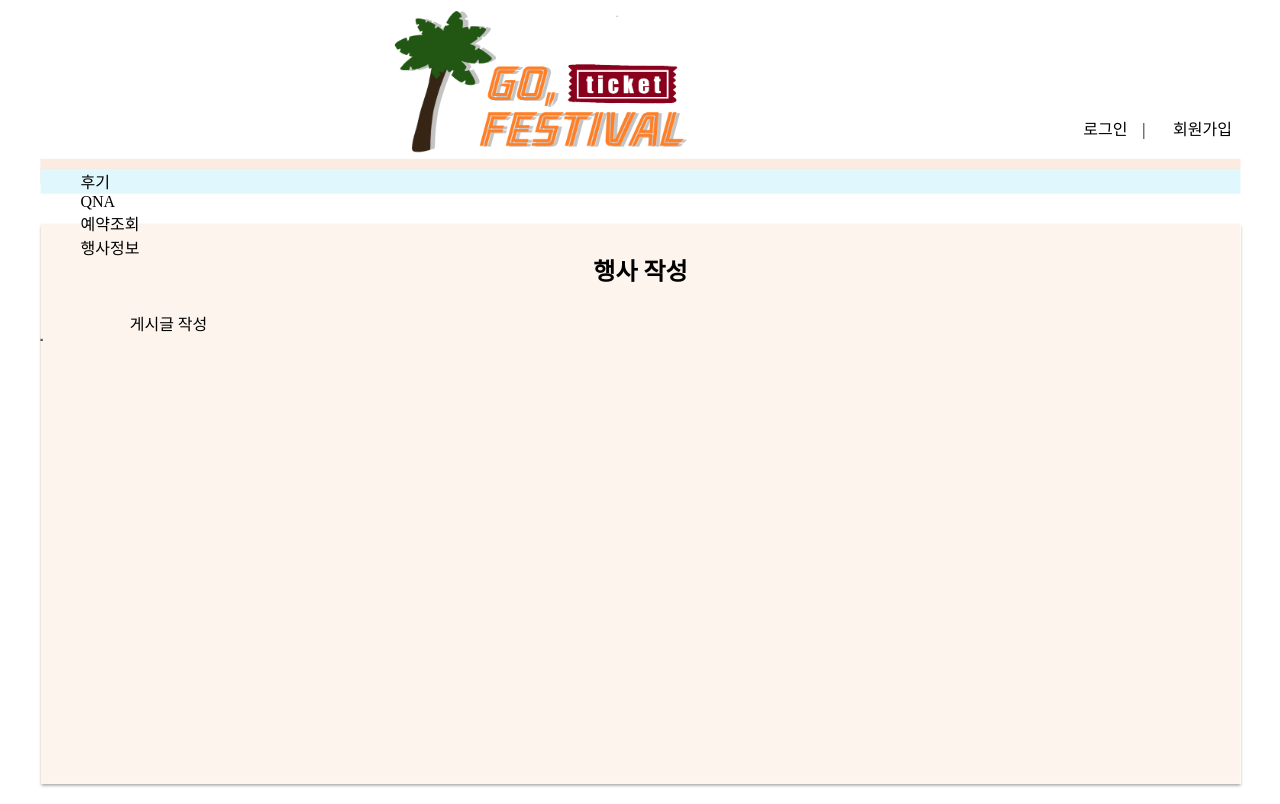
Repository: Changgyu1/Chang_Gu
Page: http://localhost/Project/EventPostingServlet
An editor plug-in stored every save of this project. The page is shown before and after the next save, followed by the edit.
The browser window is 1280 px wide. The pictures show the whole page.
Some web fonts or font styles are not loaded; a fallback is used. The page is served by Tomcat 9. Other server files are loaded and not shown. Queries for data that is not in the repository find no rows.

Above is the page before, as saved 2023-11-14 04:58:29.

### Project/src/main/webapp/Event_List.jsp
<%@ page language="java" contentType="text/html; charset=UTF-8"
	pageEncoding="EUC-KR"%>
<%@ page import="java.util.ArrayList"%>
<%@ page import="java.util.List"%>
<%@ page import="park.event.EventPosting"%>
<%@ page import="park.event.EventPostingDAO"%>
<!DOCTYPE html>
<html>
<head>
<meta charset="UTF-8">
<title>Insert title here</title>


<link rel="stylesheet" href="./css/event.css">
<style>
.list {
	float: left;
}
.pagination{
	text-align: center;
}
.pagination-img{
background-color: blue;
		border: solid 5px;
		width: 300px;
		height: 300px;
}
.imagecenter{
float: left;
	margin: 40px;
	margin-right: 150px;
}
</style>
</head>
<body>
	<div class="diva">
		<!-- 로고 이미지 -->
		<img src="./image/로고1.png" id="logo">

		<!--로그인 버튼-->
		<div style="text-align: right; width: 1215px;">
			<%
			if (session.getAttribute("email") != null) {
			%>
			<button type="button" onclick="location.href='logout.jsp'"
				style="width: 75px;">로그아웃</button>
			<h>|</h>
			<button type="button"
				onclick="location.href='mypageServlet?email=<%=session.getAttribute("email")%>'"
				style="width: 100px;">마이페이지</button>
			<%
			} else {
			%>
			<button type="button" onclick="location.href='login.jsp'"
				style="width: 60px;">로그인</button>
			<h>|</h>
			<button type="button" onclick="location.href='join.jsp'"
				style="width: 100px;">회원가입</button>
			<%
			}
			%>

		</div>

		<!-- 메뉴바 -->
		<div id="buttons">
			<ul>
				<li onclick="location.href='review_list.jsp'">후기</li>
				<li onclick="location.href='Qna_List.jsp'">QNA</li>
				<li onclick="location.href='reservation_search.jsp'">예약조회</li>
				<li onclick="location.href='Event_List.jsp'">행사정보</li>
			</ul>
		</div>

		<!-- 가운데 가장 큰 박스 -->
		<div id="background">
			<img src="">
			<h2>행사 작성</h2>

			<button type="button" onclick="location.href='Event_add.jsp'">게시글
				작성</button>
			<!-- 안에 글넣는 하얀 박스-->
			<div id="whitebox">

				<div>
					<table border="1">
					<!-- 이미지 -->
					<%
						int pageNumber = (request.getParameter("page") != null) ? Integer.parseInt(request.getParameter("page")) : 1;
						int pageSize = 2;
						//int pageNumber = Integer.parseInt(request.getParameter("page"));

						EventPostingDAO eventPaginationDAO = new EventPostingDAO();
						List<EventPosting> eventPagination = eventPaginationDAO.getAllProducts(pageNumber, pageSize);
						%>

						<%
						for(EventPosting p : eventPagination){
						%>



						<div class="pagination">
							<div class="imagecenter">
								<a href="Event_Detal.jsp?event_number=<%=p.getEvent_number() %>"> <img src="<%=p.getEvent_img() %>" class="pagination-img">
								</a>
							</div>
						</div>
							<%
						}
						%>
					</table>
				</div>
			</div>
		</div>
	</div>

	</div>

</body>
</html>



</div>
</div>

<!-- 페이지 넘기는 버튼-->
<div id="Pagebutton">
	<%
						//1. 페이지네이션 링크를 생성해줄것이고, 링크는 page 값에 따라서 다르게 보일 것
						int totalEventList = eventPaginationDAO.getTotalProducts(); //전체 제품 가져오기
						int totalPages = (int) Math.ceil((double) totalEventList / pageSize);

						for (int i = 1; i <= totalPages; i++) {
						%>
						<a href="<%=request.getRequestURI()%>?page=<%=i%>"><%=i%></a>
						<%
						}
						%>
</div>
</div>

</body>
</html>

### Project/src/main/java/park/event/EventPostingServlet.java
package park.event;

import java.io.IOException;
import java.sql.Connection;
import java.sql.DriverManager;
import java.sql.PreparedStatement;
import java.sql.ResultSet;
import java.sql.SQLException;
import java.util.ArrayList;

import javax.servlet.ServletException;
import javax.servlet.annotation.WebServlet;
import javax.servlet.http.HttpServlet;
import javax.servlet.http.HttpServletRequest;
import javax.servlet.http.HttpServletResponse;

/**
 * Servlet implementation class EventPostingServlet
 */
@WebServlet("/EventPostingServlet")
public class EventPostingServlet extends HttpServlet {
	private static final String jdbcURL = "jdbc:oracle:thin:@localhost:1521:xe";
	private static final String username = "kiga";
	private static final String password = "kiga1234";

	protected void doGet(HttpServletRequest request, HttpServletResponse response) throws ServletException, IOException {
		Connection connection = null;
		try {
			Class.forName("oracle.jdbc.OracleDriver");
			connection = DriverManager.getConnection(jdbcURL, username, password);
			String sql = "SELECT * FROM event";
			PreparedStatement ps = connection.prepareStatement(sql);
			ResultSet rs = ps.executeQuery();
			ArrayList<EventPosting> eventPostings = new ArrayList<>();

			while(rs.next()) {
				int event_number = rs.getInt("event_number");
				String event_name = rs.getString("event_name");
				String event_day = rs.getString("event_day");
				String event_time = rs.getString("event_time");
				String event_location = rs.getString("event_location");
				double event_price = rs.getDouble("event_price");
				int event_age = rs.getInt("event_age");
				String event_explain = rs.getString("event_explain");
				EventPosting eventPosting = new EventPosting(event_number, event_name, event_day, event_time, event_location, event_price, event_age, event_explain);
				eventPostings.add(eventPosting);
			}

			request.setAttribute("Event_List", eventPostings);
			request.getRequestDispatcher("Event_List.jsp").forward(request, response);
		} catch (ClassNotFoundException e) {
			// TODO Auto-generated catch block
			e.printStackTrace();
		} catch (SQLException e) {
			// TODO Auto-generated catch block
			e.printStackTrace();
		}
	}

}

### Project/src/main/java/park/event/EventPostingDAO.java
package park.event;

import java.sql.Blob;
import java.sql.Connection;
import java.sql.DriverManager;
import java.sql.PreparedStatement;
import java.sql.ResultSet;
import java.sql.SQLException;
import java.util.ArrayList;
import java.util.List;

public class EventPostingDAO {

	private static final String jdbcURL = "jdbc:oracle:thin:@localhost:1521:xe";
	private static final String username = "kiga";
	private static final String password = "kiga1234";

	public EventPostingDAO() {
		try {
			Class.forName("oracle.jdbc.OracleDriver");
		} catch (ClassNotFoundException e) {
			// TODO Auto-generated catch block
			e.printStackTrace();
		}
	}

	public int deleteEventPage(int event_number) {
		try {
			Connection connection = DriverManager.getConnection(jdbcURL, username, password);
			String sql = "DELETE FROM event WHERE event_number = ?";
			PreparedStatement ps = connection.prepareStatement(sql);
			ps.setInt(1, event_number);

			ps.executeUpdate();

		} catch (SQLException e) {
			// TODO Auto-generated catch block
			e.printStackTrace();
		}
		return event_number;
	}

	public ArrayList<EventPosting> getAllEventPosting(){
		ArrayList<EventPosting> eventPostings = new ArrayList<>();

		try {
			Connection connection = DriverManager.getConnection(jdbcURL, username, password);
			String sql = "SELECT * FROM event ";
			PreparedStatement ps = connection.prepareStatement(sql);
			ResultSet result = ps.executeQuery();

			while(result.next()) {
				int event_number = result.getInt("event_number");
				String event_name = result.getString("event_name");
				String event_day = result.getString("event_day");
				String event_time = result.getString("event_time");
				String event_location = result.getString("event_location");
				double event_price = result.getDouble("event_price");
				int event_age = result.getInt("event_age");
				String event_explain = result.getString("event_explain");

				EventPosting eventPosting = new EventPosting(event_number, event_name, event_day, event_time, event_location, event_price, event_age, event_explain);
				eventPostings.add(eventPosting);

			}
		} catch (SQLException e) {
			// TODO Auto-generated catch block
			e.printStackTrace();
		}
		return eventPostings;
	}

	public EventPosting getEventInfo(int event_number) {
		EventPosting eventPosting = null;

		Connection conn;
		try {
			conn = DriverManager.getConnection(jdbcURL, username, password);
			String sql = "SELECT * FROM event where event_number = ? ";
			PreparedStatement ps = conn.prepareStatement(sql);
			ps.setInt(1, event_number);
			ResultSet result = ps.executeQuery();

			if(result.next()) {
				event_number = result.getInt("event_number");
				String event_name = result.getString("event_name");
				String event_day = result.getString("event_day");
				String event_time = result.getString("event_time");
				String event_location = result.getString("event_location");
				double event_price = result.getDouble("event_price");
				int event_age = result.getInt("event_age");
				String event_explain = result.getString("event_explain");


				eventPosting = new EventPosting(event_number, event_name, event_day, event_time, event_location, event_price, event_age, event_explain);
			}
		} catch (SQLException e) {
			// TODO Auto-generated catch block
			e.printStackTrace();
		}
		return eventPosting;
	}

	public int delete(int event_number) {
		String sql = "DELETE EVENT WHERE event_number = ?";
		Connection conn;
		try {
			conn = DriverManager.getConnection(jdbcURL, username, password);
			PreparedStatement ps = conn.prepareStatement(sql);
			ps.setInt(1, event_number);
			return ps.executeUpdate();
		} catch (SQLException e1) {
			// TODO Auto-generated catch block
			e1.printStackTrace();
		}
		return -1; //DB 오류
	}

	public int updateEvent(int event_number, String event_name, String event_location, String event_day, String event_time, double event_price
			, int event_age, String event_explain) {
		String sql = "UPDATE EVENT SET event_name = ?, event_location = ?, event_day = ?, event_time= ?, event_price = ?, event_age = ?, event_explain = ? WHERE event_number = ?";
		Connection conn;
		try {
			conn = DriverManager.getConnection(jdbcURL, username, password);
			PreparedStatement ps = conn.prepareStatement(sql);
			ps.setString(1, event_name);
			ps.setString(2, event_location);
			ps.setString(3, event_day);
			ps.setString(4, event_time);
			ps.setDouble(5, event_price);
			ps.setInt(6, event_age);
			ps.setString(7, event_explain);
			ps.setInt(8, event_number);
			return ps.executeUpdate();
		} catch (SQLException e1) {
			// TODO Auto-generated catch block
			e1.printStackTrace();
		}
		return -1; //DB 오류
	}

	public int updateEventLocation(int event_number, String event_loaction) {
		String sql = "UPDATE EVENT SET event_loaction = ? WHERE event_number = ?";
		Connection conn;
		try {
			conn = DriverManager.getConnection(jdbcURL, username, password);
			PreparedStatement ps = conn.prepareStatement(sql);
			ps.setString(1, event_loaction);
			ps.setInt(2, event_number);
			return ps.executeUpdate();
		} catch (SQLException e1) {
			// TODO Auto-generated catch block
			e1.printStackTrace();
		}
		return -1; //DB 오류
	}
	public int updateEventDay(int event_number, String event_day) {
		String sql = "UPDATE EVENT SET event_day = ? WHERE event_number = ?";
		Connection conn;
		try {
			conn = DriverManager.getConnection(jdbcURL, username, password);
			PreparedStatement ps = conn.prepareStatement(sql);
			ps.setString(1, event_day);
			ps.setInt(2, event_number);
			return ps.executeUpdate();
		} catch (SQLException e1) {
			// TODO Auto-generated catch block
			e1.printStackTrace();
		}
		return -1; //DB 오류
	}
	public int updateEventTime(int event_number, String event_time) {
		String sql = "UPDATE EVENT SET event_time = ? WHERE event_number = ?";
		Connection conn;
		try {
			conn = DriverManager.getConnection(jdbcURL, username, password);
			PreparedStatement ps = conn.prepareStatement(sql);
			ps.setString(1, event_time);
			ps.setInt(2, event_number);
			return ps.executeUpdate();
		} catch (SQLException e1) {
			// TODO Auto-generated catch block
			e1.printStackTrace();
		}
		return -1; //DB 오류
	}
	public int updateEventPrice(int event_number, int event_price) {
		String sql = "UPDATE EVENT SET event_price = ? WHERE event_number = ?";
		Connection conn;
		try {
			conn = DriverManager.getConnection(jdbcURL, username, password);
			PreparedStatement ps = conn.prepareStatement(sql);
			ps.setInt(1, event_price);
			ps.setInt(2, event_number);
			return ps.executeUpdate();
		} catch (SQLException e1) {
			// TODO Auto-generated catch block
			e1.printStackTrace();
		}
		return -1; //DB 오류
	}

	public int updateEventAge(int event_number, int event_age) {
		String sql = "UPDATE EVENT SET event_age = ? WHERE event_number = ?";
		Connection conn;
		try {
			conn = DriverManager.getConnection(jdbcURL, username, password);
			PreparedStatement ps = conn.prepareStatement(sql);
			ps.setInt(1, event_age);
			ps.setInt(2, event_number);
			return ps.executeUpdate();
		} catch (SQLException e1) {
			// TODO Auto-generated catch block
			e1.printStackTrace();
		}
		return -1; //DB 오류
	}

	public int updateEventExplain(int event_number, String event_explain) {
		String sql = "UPDATE EVENT SET event_explain = ? WHERE event_number = ?";
		Connection conn;
		try {
			conn = DriverManager.getConnection(jdbcURL, username, password);
			PreparedStatement ps = conn.prepareStatement(sql);
			ps.setString(1, event_explain);
			ps.setInt(2, event_number);
			return ps.executeUpdate();
		} catch (SQLException e1) {
			// TODO Auto-generated catch block
			e1.printStackTrace();
		}
		return -1; //DB 오류
	}

	public int updateEventImage(int event_number, String event_explain) {
		String sql = "UPDATE EVENT SET event_explain = ? WHERE event_number = ?";
		Connection conn;
		try {
			conn = DriverManager.getConnection(jdbcURL, username, password);
			PreparedStatement ps = conn.prepareStatement(sql);
			ps.setString(1, event_explain);
			ps.setInt(2, event_number);
			return ps.executeUpdate();
		} catch (SQLException e1) {
			// TODO Auto-generated catch block
			e1.printStackTrace();
		}
		return -1; //DB 오류
	}


	public String Image(int event_number) {
		String sql = "SELECT event_img FROM event WHERE event_number = ?";
		Connection conn;
		try {
			conn = DriverManager.getConnection(jdbcURL, username, password);
			PreparedStatement ps = conn.prepareStatement(sql);
			ps.setInt(1, event_number);
			ResultSet rs = ps.executeQuery();
			if(rs.next()) {
				 Blob blob = rs.getBlob("event_img");
                 byte[] imageBytes = blob.getBytes(1, (int) blob.length());

                 String imageBase64 = java.util.Base64.getEncoder().encodeToString(imageBytes);
                 String imageUrl = "data:[embedded picture, 24 characters]" + imageBase64;

                 return imageUrl;
			}

		} catch (SQLException e1) {
			// TODO Auto-generated catch block
			e1.printStackTrace();
		}
		return null; // DB 오류
	}

	public List<EventPosting> getAllProducts(int pageNumber, int pageSize){
    	List<EventPosting> EventPaginationList = new ArrayList<>();
        int start = EventPaginationUtil.paginationStart(pageNumber, pageSize);
        int end = EventPaginationUtil.paginationEnd(pageNumber, pageSize);

		try {
			Class.forName("oracle.jdbc.OracleDriver");
			 Connection conn = DriverManager.getConnection(jdbcURL, username, password);
	            String sql = "SELECT * FROM (SELECT e.*, ROWNUM AS rnum FROM (SELECT * FROM event ORDER BY event_number) e WHERE ROWNUM <= ?) WHERE rnum >= ?";
	           /*
			 * String sql = "SELCT * FROM products " //products 테이블에서
						+ "ORDER BY product_id "  //product_id 기준으로 정렬할 것 임
						// 지정된 OFFSET FETCH NEXT페이지를 가지고 옴
						+ "OFFSET ? " // OFFSET : 가져오기를 시작할 행의 위치 나타냄
						+ "ROWS FETCH NEXT? " //FETCH NEXT : 다음에 가져올 행의 수 지정
						+ "ROWS ONLY";
			*/
	         PreparedStatement ps = conn.prepareStatement(sql);
	         ps.setInt(1, end);
	         ps.setInt(2, start);


			ResultSet rs = ps.executeQuery();
			while(rs.next()) {
				EventPosting eventPagination = new EventPosting();
				eventPagination.setEvent_number(rs.getInt("event_number"));
				eventPagination.setEvent_name(rs.getString("event_name"));
				eventPagination.setEvent_day(rs.getString("event_day"));
				eventPagination.setEvent_time(rs.getString("event_time"));
				eventPagination.setEvent_location(rs.getString("event_location"));
				eventPagination.setEvent_price(rs.getDouble("event_price"));

				 Blob blob = rs.getBlob("event_img");
                 byte[] imageBytes = blob.getBytes(1, (int) blob.length());

                 String imageBase64 = java.util.Base64.getEncoder().encodeToString(imageBytes);
                 String event_img = ("data:[embedded picture, 24 characters]" + imageBase64);
                 eventPagination.setEvent_img(event_img);
				eventPagination.setEvent_explain(rs.getString("event_explain"));
				EventPaginationList.add(eventPagination);
			}
		} catch (Exception e) {
			// TODO Auto-generated catch block
			e.printStackTrace();
		}


		return EventPaginationList;
	}


	//2. 전체 제품 수를 가지고 오는 메서드
	public int getTotalProducts() {
		int totalProducts = 0;
		try {
			Class.forName("oracle.jdbc.OracleDriver");
			Connection conn = DriverManager.getConnection(jdbcURL, username, password);

			String sql= "SELECT COUNT(*) AS total FROM event";
			PreparedStatement ps = conn.prepareStatement(sql);
			ResultSet rs = ps.executeQuery();
			if (rs.next()) {
				totalProducts = rs.getInt("total");
			}

		} catch (Exception e) {
			// TODO Auto-generated catch block
			e.printStackTrace();
		}

		return totalProducts;
	}
}

### Project/src/main/java/park/event/EventPaginationUtil.java
package park.event;

public class EventPaginationUtil {
	public static int paginationStart(int pageNumber, int pageSize) {
		return (pageNumber - 1) * pageSize + 1;
	}

	public static int paginationEnd(int pageNumber, int pageSize) {
		return pageNumber * pageSize;
	}


	public static int paginationTotalPages(int totalItems, int pageSize) {
		return (int) Math.ceil((double)totalItems/pageSize);

	}

	public static int paginationBlockPage(int pageBlock, int pageSize) {
		return (int)(Math.ceil((double)pageSize/pageBlock));
	}
}

### Project/src/main/webapp/css/event.css
@font-face {
    font-family: 'NanumSquareNeo-Variable';
    src: url('https://cdn.jsdelivr.net/gh/projectnoonnu/noonfonts_11-01@1.0/NanumSquareNeo-Variable.woff2') format('woff2');
    font-weight: normal;
    font-style: normal;
}

    *{
    font-family: 'NanumSquareNeo-Variable';
    }

     body{
 	   	 position: absolute;
            padding: 20px;
            top: 50%;
            left: 50%;
            transform: translate(-50%, -50%);
    }



    #logo{
        width:300px;
        margin-left:350px;
        margin-bottom:-56px;
        margin-top:50px;
    }


       #searchbox{
     margin-right:100px;
        }


    #buttons{
        background:rgba(150, 230, 248, 0.295);
        height: 25px;
        width: 1200px;
        box-shadow: 0px -10px 0px rgba(249, 220, 201, 0.575);
        margin-top: 25px;

    }

    button{
        border:none;
        background:none;
        margin: 3px;
        font-size: 16px;
        width: 250px;

    }

    #background{
        background-color:rgba(249, 220, 201, 0.326);
        width: 1200px;
        height: 550px;
        margin-top: 30px;

        box-shadow: 0px 2px 3px rgb(161, 160, 159);
        padding-top:10px;

    }



    #reviewbox{

    	padding-top:20px;
    	max-width: 1000px;
        height: 450px;
        margin-left:auto;
        margin-right:auto;
        background-color: #ffffff;
        text-align:center;
        box-shadow: 0px 1px 3px rgb(161, 160, 159);
        margin-top : 20px;


    }


    #review{
    margin:10px;
    width:700px;
    height:250px;

    }

    #review_title{
    margin:10px;
     width:700px;
    height:30px;

    }



    h2{
    font-family: 'NanumSquareNeo-Variable';
 	margin-top:0px;
    text-align: center;
    }


    #list{

            background-color: rgba(149, 150, 149, 0.055);
            border: 1px solid gray;
            border-collapse: collapse;
            padding: 10px;
            width:900px;
            text-align: center;
            margin-left:auto;
   			margin-right:auto;

        }


        th{

            background-color: rgba(161, 161, 161, 0.377);

        }

        th,td{

            border: 1px solid gray;
            padding: 10px;
        }

        #textbox{
        margin-right:100px;
        }

ul{
	list-style:none;
}

After the next save:
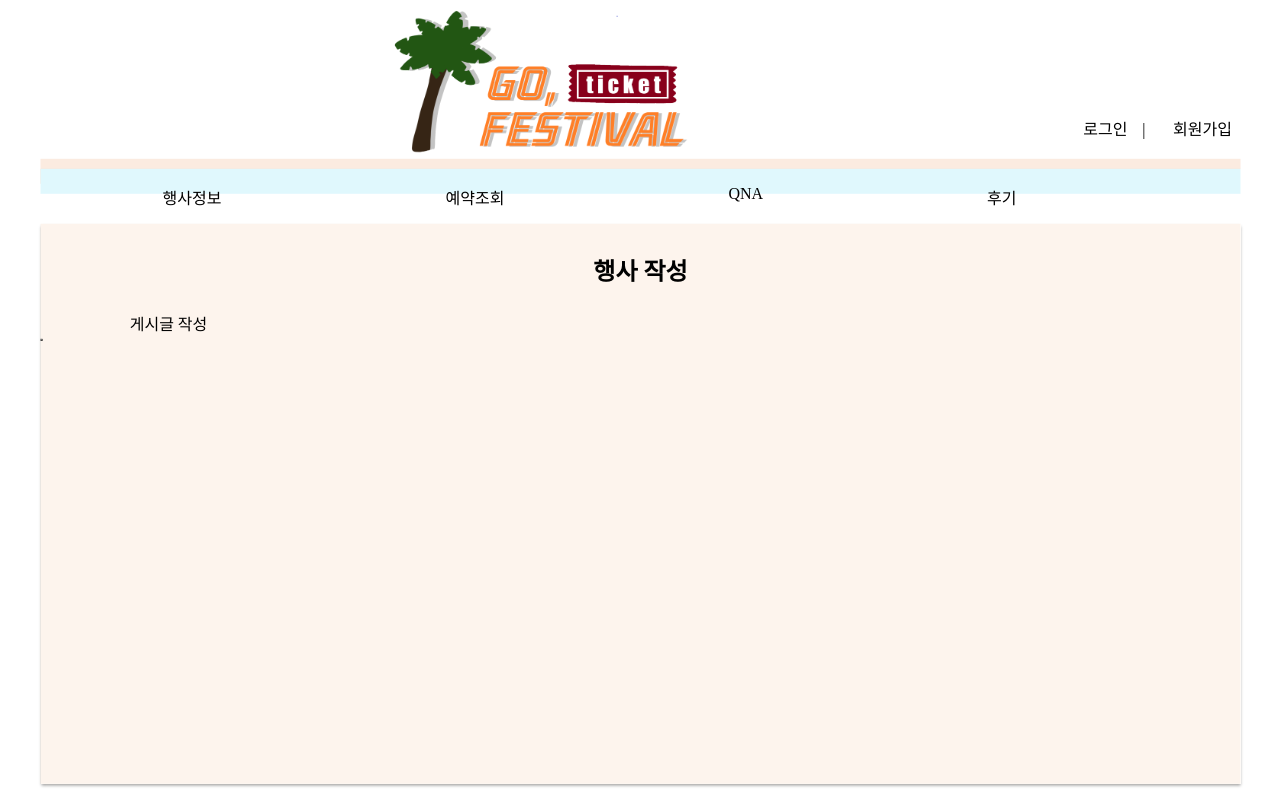
Saved 6 min 43 s later.
--- a/Project/src/main/webapp/css/event.css
+++ b/Project/src/main/webapp/css/event.css
@@ -133,5 +133,9 @@
         }
 
 ul{
-	list-style:none;
-}
+		list-style:none;
+	}
+	li{
+		float:right;
+		margin: 16px 224px 0px 0;
+	}
